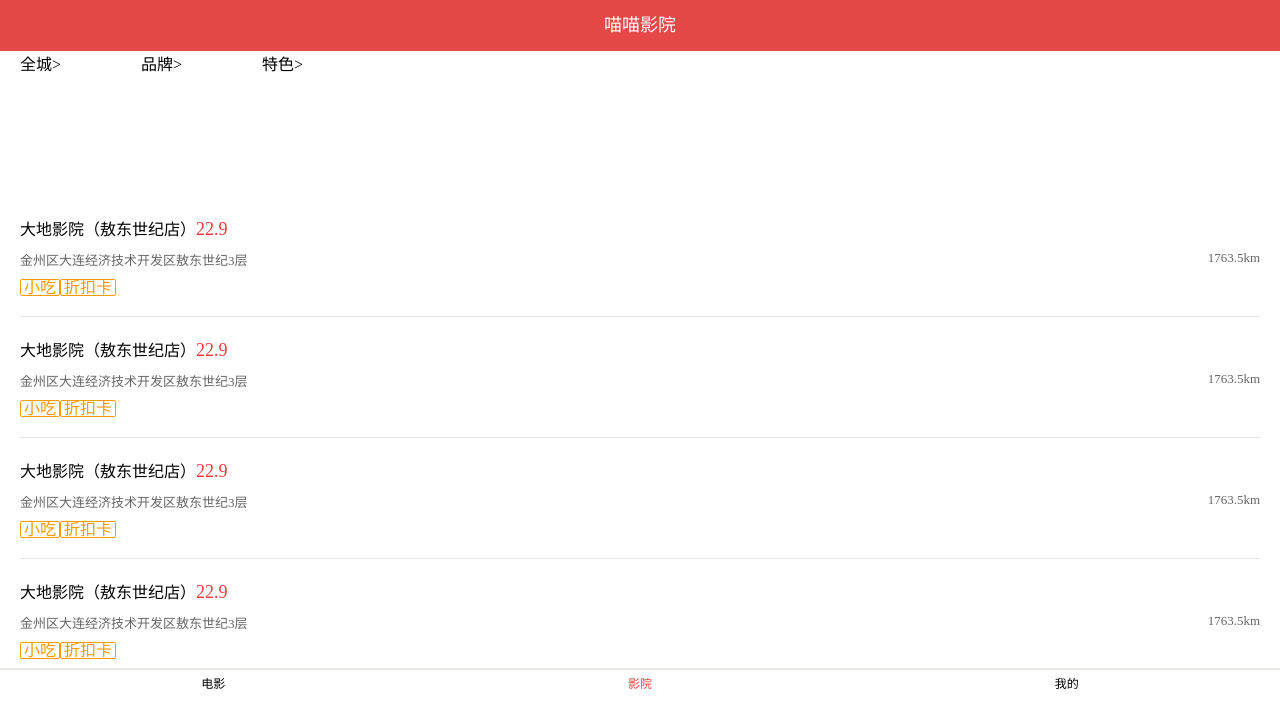
Repository: X-J-0/miaomiao_film
Page: /cinema (app in miaomiao/)
The author's editor kept a copy of each file at every save. The page is drawn from the files as they stood at one save, then again after the next save.
The browser window is 1280 px wide. The pictures show the whole page.
The project was rebuilt for these pictures with package versions that can differ from the ones it lists, and the page was loaded fresh each time. Also part of the build but not shown: miaomiao/src/components/Allocate/index.vue. Imported but missing from the stored project, and not drawn on this page: miaomiao/src/components/Brand, miaomiao/src/components/Special.

Above is the page before, as saved 2020-03-24 19:43:04.

### miaomiao/public/index.html
<!DOCTYPE html>
<html lang="en">
  <head>
    <meta charset="utf-8">
    <meta http-equiv="X-UA-Compatible" content="IE=edge">
    <meta name="viewport" content="width=device-width,initial-scale=1.0,user-scalable=no">
    <link rel="icon" href="<%= BASE_URL %>favicon.ico">
    <link rel="stylesheet" href="<%= BASE_URL %>css/common.css">
    <!-- <link rel="stylesheet" href="<%= BASE_URL %>css/common.css"> -->
    <title><%= htmlWebpackPlugin.options.title %></title>
  </head>
  <body>
    <noscript>
      <strong>We're sorry but <%= htmlWebpackPlugin.options.title %> doesn't work properly without JavaScript enabled. Please enable it to continue.</strong>
    </noscript>
    <div id="app"></div>
    <!-- built files will be auto injected -->
  </body>
</html>

### miaomiao/src/App.vue
<template>
    <keep-alive>
        <router-view/>
    </keep-alive>
</template>

<style lang="scss">
</style>

### miaomiao/src/router/index.js
import Vue from 'vue'
import VueRouter from 'vue-router'
import movieRouter from './movie'
import mineRouter from './mine'
import cinemaRouter from './cinema'

Vue.use(VueRouter)


const router = new VueRouter({
  mode: 'history',
  base: process.env.BASE_URL,
  routes: [
    movieRouter,
    mineRouter,
    cinemaRouter,
    {
      path:'/*',
      redirect:'/movie'
    }
  ]
})

export default router

### miaomiao/src/router/movie/index.js
export default {
    path:'/movie',
    component : () => import('@/views/Movie'),
    children:[
        {
            path:'city',
            component:()=>import('@/components/City')
        },
        {
            path:'nowPlaying',
            component:()=>import('@/components/NowPlaying')
        },
        {
            path:'comingSoon',
            component:()=>import('@/components/ComingSoon')
        },
        {
            path:'search',
            component:()=>import('@/components/Search')
        },
        {
            path:'/movie',
            redirect:'/movie/nowPlaying'
        }
    ]
}

### miaomiao/src/router/mine/index.js
export default {
    path:'/mine',
    component : () => import('@/views/Mine'),
    children:[
        {
            path:'center',
            component:()=>import('@/views/Mine/center.vue')
        },
        {
            path:'login',
            component:()=>import('@/components/Login')
        },
        {
            path:'register',
            component:()=>import('@/components/Register')
        },
        {
            path:'findPassword',
            component:()=>import('@/components/FindPassword')
        },
        {
            path:'/mine',
            redirect:'center'
        }
    ]
}

### miaomiao/src/router/cinema/index.js
export default {
    path:'/cinema',
    component : () => import('@/views/Cinema'),
    children:[
        {
            path:'allocate',
            component:()=>import('@/components/Allocate')
        },
        {
            path:'brand',
            component:()=>import('@/components/Brand')
        },
        {
            path:'special',
            component:()=>import('@/components/Special')
        },
        {
            path:'/cinema',
            redirect:'/cinema/allocate'
        }
    ]
}

### miaomiao/src/views/Cinema/index.vue
<template>
    <div id="main">
        <Header title="喵喵影院" />
        <div id="content">
          <ul class="cinema_menu">
            <li class="city_switch">
              全城>
            </li>
            <li class="brand_switch">
              品牌>
            </li>
            <li class="feature_switch">
              特色>
            </li>
          </ul>
        </div>
        <Clist/>
        <TabBar />
    </div>
</template>

<script>

import Header from '@/components/Header';
import TabBar from '@/components/TabBar';
import Clist from '@/components/Clist';
export default {
  name:'Cinema',
    components : {
    Header,
    TabBar,
    Clist
  },
  data(){
   return {

   }
  }
}
</script>

<style scoped>
.cinema_menu li{
  margin-left:20px;
  margin-right:60px;
  float:left;
}
</style>

### miaomiao/src/components/Header/index.vue
<template>
    <header id="header">
        <h1>{{title}}</h1>
    </header>
</template>

<script>
export default {
  name:'Header',
  props:{
      title:{
          type:String,
          default:'喵喵电影'
      }
  }
}
</script>

<style scoped>
#header{width:100%;height:50px;color:#fff;background-color: #e54847;border-bottom:1px solid #e54847;position: relative;}
#header h1{font-size:18px;text-align: center;line-height: 50px; font-weight: normal;}
#header i{position:absolute;left:5px;top:50%;margin-top:-13px;font-size:26px;}
</style>

### miaomiao/src/components/TabBar/index.vue
<template>
    <footer id="footer">
        <ul>
            <router-link tag="li" to="/movie">
                <!-- <i class="iconfont icon-dianying"></i> -->
                <p>电影</p>
            </router-link>
            <router-link tag="li" to="/cinema">
                <!-- <i class="iconfont icon-yingyuan"></i> -->
                <p>影院</p>
            </router-link>
            <router-link tag="li" to="/mine">
                <!-- <i class="iconfont icon-dianying"></i> -->
                <p>我的</p>
            </router-link>
        </ul>
    </footer>
</template>

<script>
export default {
  name:'Footer',
  data(){
   return {

   }
  }
}
</script>

<style scoped>
#footer{width:100%; height:50px;background-color: #fff;border-top:2px #ebe8e3 solid;position:fixed;left:0;bottom:0;}
#footer ul{display:flex;text-align: center;height:50px;align-items:center;}
#footer ul li{flex:1;height:40px;}
#footer ul li.active{color:#f03d37;}
#footer ul li.router-link-active{color:#f03d37;}
#footer ul i{font-size:20px;}
#footer ul p{font-size:12px;line-height:18px;}
</style>

### miaomiao/src/components/Clist/index.vue
<template>
<div class="cinema_body">
    <ul>
        <li>
            <div>
                <span>大地影院（敖东世纪店）</span>
                <span class="q"><span class="price">22.9</span></span>
            </div>
            <div class="address">
                <span>金州区大连经济技术开发区敖东世纪3层</span>
                <span>1763.5km</span>
            </div>
            <div class="card">
                <div>小吃</div>
                <div>折扣卡</div>
            </div>
        </li>
        <li>
            <div>
                <span>大地影院（敖东世纪店）</span>
                <span class="q"><span class="price">22.9</span></span>
            </div>
            <div class="address">
                <span>金州区大连经济技术开发区敖东世纪3层</span>
                <span>1763.5km</span>
            </div>
            <div class="card">
                <div>小吃</div>
                <div>折扣卡</div>
            </div>
        </li>
        <li>
            <div>
                <span>大地影院（敖东世纪店）</span>
                <span class="q"><span class="price">22.9</span></span>
            </div>
            <div class="address">
                <span>金州区大连经济技术开发区敖东世纪3层</span>
                <span>1763.5km</span>
            </div>
            <div class="card">
                <div>小吃</div>
                <div>折扣卡</div>
            </div>
        </li>
        <li>
            <div>
                <span>大地影院（敖东世纪店）</span>
                <span class="q"><span class="price">22.9</span></span>
            </div>
            <div class="address">
                <span>金州区大连经济技术开发区敖东世纪3层</span>
                <span>1763.5km</span>
            </div>
            <div class="card">
                <div>小吃</div>
                <div>折扣卡</div>
            </div>
        </li>
    </ul>
</div>
</template>

<script>
export default {
  name:'Clist',
  data(){
   return {

   }
  }
}
</script>

<style scoped>
#content .cinema_body{flex:1;overflow:auto;}
.cinema_body ul{padding:20px;}
.cinema_body li{border-bottom:1px solid #e6e6e6;margin-bottom:20px;}
.cinema_body div{margin-bottom:10px;}
.cinema_body .q{font-size:11px;color:#f03d37;}
.cinema_body .price{font-size:18px;}
.cinema_body .address{font-size:13px;color:#666;}
.cinema_body .address span:nth-of-type(2){float:right;}
.cinema_body .card{display:flex;}
.cinema_body .card div{padding:0 3px;height:15px;line-height: 15px;border-radius: 2px;color:#f90;border:1px solid #f90;}
.cinema_body .card div.or{color:#f90;border:1px solid #f90;}
.cinema_body .card div.bl{color:#589daf;border:1px solid #589daf;}
</style>

### miaomiao/public/css/common.css
*{ margin : 0; padding : 0;}
ul,li{ list-style: none}
img{ display: block}
html, body{ height:100%}
.clearfix:after{ content:""; display:block; clear:both}
#main{ height: 100%; display: flex; flex-direction: column;}
#content{ flex:1; overflow:auto; margin-bottom: 50px;position: relative;display: flex;flex-direction: column;}

Loaded but not shown: miaomiao/src/main.js (common file); miaomiao/src/store/index.js (common file)

After the next save:
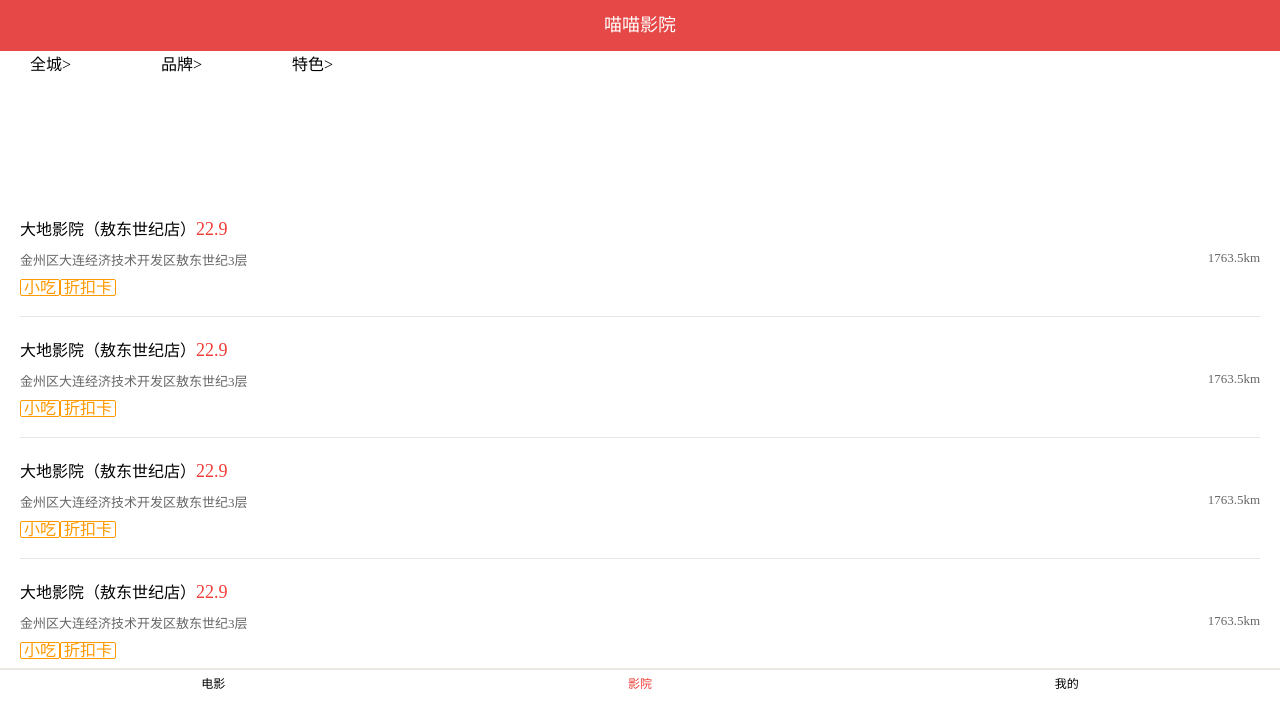
Saved 7 s later.
--- a/miaomiao/src/views/Cinema/index.vue
+++ b/miaomiao/src/views/Cinema/index.vue
@@ -41,7 +41,7 @@ export default {
 
 <style scoped>
 .cinema_menu li{
-  margin-left:20px;
+  margin-left:30px;
   margin-right:60px;
   float:left;
 }
